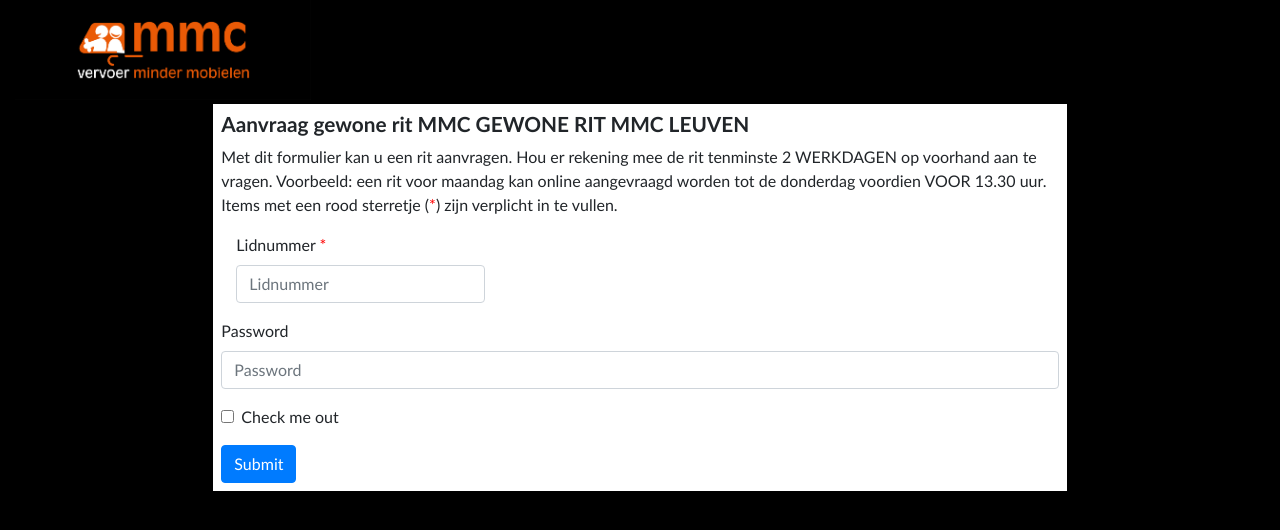
Repository: tclaes/vera
Page: index.html
These files come from the project's save history. The page is drawn as it stood at one moment and after the next save; the edit follows.
The browser window is 1280 px wide. The pictures show the whole page.

Above is the page before, as saved 2018-11-12 15:39:26.

### index.html
<!doctype html>
<html class="no-js" lang="">

<head>
  <meta charset="utf-8">
  <meta http-equiv="x-ua-compatible" content="ie=edge">
  <title></title>
  <meta name="description" content="">
  <meta name="viewport" content="width=device-width, initial-scale=1, shrink-to-fit=no">

  <link rel="manifest" href="site.webmanifest">
  <link rel="apple-touch-icon" href="icon.png">
  <!-- Place favicon.ico in the root directory -->

  <link rel="stylesheet" href="https://stackpath.bootstrapcdn.com/bootstrap/4.1.3/css/bootstrap.min.css" integrity="sha384-MCw98/SFnGE8fJT3GXwEOngsV7Zt27NXFoaoApmYm81iuXoPkFOJwJ8ERdknLPMO" crossorigin="anonymous">
  <link rel="stylesheet" href="css/main.css">
</head>

<body>
  <!--[if lte IE 9]>
    <p class="browserupgrade">You are using an <strong>outdated</strong> browser. Please <a href="https://browsehappy.com/">upgrade your browser</a> to improve your experience and security.</p>
  <![endif]-->

  <div class="container-fluid">
    <div class="row header">
      <div class="col-md-12">
        <img src="img/logo_MMC_neg_groot.28.jpg" alt="MMC Logo" height="100px">
      </div>
    </div>
    <div class="row d-flex justify-content-center">
      <div class="col-md-8 m-1 p-2 white">
        <h1>Aanvraag gewone rit MMC GEWONE RIT MMC LEUVEN</h1>
        <p>Met dit formulier kan u een rit aanvragen. Hou er rekening mee de rit tenminste 2 WERKDAGEN op voorhand aan te vragen.
          Voorbeeld: een rit voor maandag kan online aangevraagd worden tot de donderdag voordien VOOR 13.30 uur.
          Items met een rood sterretje (<span class="red">*</span>) zijn verplicht in te vullen.</p>
        <form>
          <div class="form-group">
            <div class="col-md-3">
              <label for="lidNummer">Lidnummer <span class="red">*</span></label>
            </div>
            <div class="col-md-4">
              <input type="email" class="form-control" id="lidNummer" aria-describedby="lidNummer" placeholder="Lidnummer" required>
            </div>
          </div>
          <div class="form-group">
            <label for="exampleInputPassword1">Password</label>
            <input type="password" class="form-control" id="exampleInputPassword1" placeholder="Password">
          </div>
        <div class="form-group form-check">
          <input type="checkbox" class="form-check-input" id="exampleCheck1">
          <label class="form-check-label" for="exampleCheck1">Check me out</label>
        </div>
        <button type="submit" class="btn btn-primary">Submit</button>
      </form>
    </div>
    </div>
    <div class="row footer"></div>
  </div>



  <script src="https://code.jquery.com/jquery-3.3.1.slim.min.js" integrity="sha384-q8i/X+965DzO0rT7abK41JStQIAqVgRVzpbzo5smXKp4YfRvH+8abtTE1Pi6jizo" crossorigin="anonymous"></script>
<script src="https://cdnjs.cloudflare.com/ajax/libs/popper.js/1.14.3/umd/popper.min.js" integrity="sha384-ZMP7rVo3mIykV+2+9J3UJ46jBk0WLaUAdn689aCwoqbBJiSnjAK/l8WvCWPIPm49" crossorigin="anonymous"></script>
<script src="https://stackpath.bootstrapcdn.com/bootstrap/4.1.3/js/bootstrap.min.js" integrity="sha384-ChfqqxuZUCnJSK3+MXmPNIyE6ZbWh2IMqE241rYiqJxyMiZ6OW/JmZQ5stwEULTy" crossorigin="anonymous"></script>
  <script src="js/vendor/modernizr-3.6.0.min.js"></script>
  <script>window.jQuery || document.write('<script src="js/vendor/jquery-3.3.1.min.js"><\/script>')</script>
  <script src="js/plugins.js"></script>
  <script src="js/main.js"></script>
</body>

</html>

### css/main.css
/*! HTML5 Boilerplate v6.1.0 | MIT License | https://html5boilerplate.com/ */

/*
 * What follows is the result of much research on cross-browser styling.
 * Credit left inline and big thanks to Nicolas Gallagher, Jonathan Neal,
 * Kroc Camen, and the H5BP dev community and team.
 */

/* ==========================================================================
   Base styles: opinionated defaults
   ========================================================================== */

html {
    color: #222;
    font-size: 1em;
    line-height: 1.4;
}

/*
 * Remove text-shadow in selection highlight:
 * https://twitter.com/miketaylr/status/12228805301
 *
 * Vendor-prefixed and regular ::selection selectors cannot be combined:
 * https://stackoverflow.com/a/16982510/7133471
 *
 * Customize the background color to match your design.
 */

::-moz-selection {
    background: #b3d4fc;
    text-shadow: none;
}

::selection {
    background: #b3d4fc;
    text-shadow: none;
}

/*
 * A better looking default horizontal rule
 */

hr {
    display: block;
    height: 1px;
    border: 0;
    border-top: 1px solid #ccc;
    margin: 1em 0;
    padding: 0;
}

/*
 * Remove the gap between audio, canvas, iframes,
 * images, videos and the bottom of their containers:
 * https://github.com/h5bp/html5-boilerplate/issues/440
 */

audio,
canvas,
iframe,
img,
svg,
video {
    vertical-align: middle;
}

/*
 * Remove default fieldset styles.
 */

fieldset {
    border: 0;
    margin: 0;
    padding: 0;
}

/*
 * Allow only vertical resizing of textareas.
 */

textarea {
    resize: vertical;
}

/* ==========================================================================
   Browser Upgrade Prompt
   ========================================================================== */

.browserupgrade {
    margin: 0.2em 0;
    background: #ccc;
    color: #000;
    padding: 0.2em 0;
}

/* ==========================================================================
   Author's custom styles
   ========================================================================== */

   body {
     background: black;
     font-family: 'Trebuchet MS', 'Lucida Sans Unicode', 'Lucida Grande', 'Lucida Sans', Arial, sans-serif;
   }

   h1 {
     font-size: 1.3rem;
     font-weight: 700;
   }

   .white {
     background-color: white;
   }

   .red {
     color: red;
   }


















/* ==========================================================================
   Helper classes
   ========================================================================== */

/*
 * Hide visually and from screen readers
 */

.hidden {
    display: none !important;
}

/*
 * Hide only visually, but have it available for screen readers:
 * https://snook.ca/archives/html_and_css/hiding-content-for-accessibility
 *
 * 1. For long content, line feeds are not interpreted as spaces and small width
 *    causes content to wrap 1 word per line:
 *    https://medium.com/@jessebeach/beware-smushed-off-screen-accessible-text-5952a4c2cbfe
 */

.visuallyhidden {
    border: 0;
    clip: rect(0 0 0 0);
    height: 1px;
    margin: -1px;
    overflow: hidden;
    padding: 0;
    position: absolute;
    width: 1px;
    white-space: nowrap; /* 1 */
}

/*
 * Extends the .visuallyhidden class to allow the element
 * to be focusable when navigated to via the keyboard:
 * https://www.drupal.org/node/897638
 */

.visuallyhidden.focusable:active,
.visuallyhidden.focusable:focus {
    clip: auto;
    height: auto;
    margin: 0;
    overflow: visible;
    position: static;
    width: auto;
    white-space: inherit;
}

/*
 * Hide visually and from screen readers, but maintain layout
 */

.invisible {
    visibility: hidden;
}

/*
 * Clearfix: contain floats
 *
 * For modern browsers
 * 1. The space content is one way to avoid an Opera bug when the
 *    `contenteditable` attribute is included anywhere else in the document.
 *    Otherwise it causes space to appear at the top and bottom of elements
 *    that receive the `clearfix` class.
 * 2. The use of `table` rather than `block` is only necessary if using
 *    `:before` to contain the top-margins of child elements.
 */

.clearfix:before,
.clearfix:after {
    content: " "; /* 1 */
    display: table; /* 2 */
}

.clearfix:after {
    clear: both;
}

/* ==========================================================================
   EXAMPLE Media Queries for Responsive Design.
   These examples override the primary ('mobile first') styles.
   Modify as content requires.
   ========================================================================== */

@media only screen and (min-width: 35em) {
    /* Style adjustments for viewports that meet the condition */
}

@media print,
       (-webkit-min-device-pixel-ratio: 1.25),
       (min-resolution: 1.25dppx),
       (min-resolution: 120dpi) {
    /* Style adjustments for high resolution devices */
}

/* ==========================================================================
   Print styles.
   Inlined to avoid the additional HTTP request:
   https://www.phpied.com/delay-loading-your-print-css/
   ========================================================================== */

@media print {
    *,
    *:before,
    *:after {
        background: transparent !important;
        color: #000 !important; /* Black prints faster */
        -webkit-box-shadow: none !important;
        box-shadow: none !important;
        text-shadow: none !important;
    }

    a,
    a:visited {
        text-decoration: underline;
    }

    a[href]:after {
        content: " (" attr(href) ")";
    }

    abbr[title]:after {
        content: " (" attr(title) ")";
    }

    /*
     * Don't show links that are fragment identifiers,
     * or use the `javascript:` pseudo protocol
     */

    a[href^="#"]:after,
    a[href^="javascript:"]:after {
        content: "";
    }

    pre {
        white-space: pre-wrap !important;
    }
    pre,
    blockquote {
        border: 1px solid #999;
        page-break-inside: avoid;
    }

    /*
     * Printing Tables:
     * http://css-discuss.incutio.com/wiki/Printing_Tables
     */

    thead {
        display: table-header-group;
    }

    tr,
    img {
        page-break-inside: avoid;
    }

    p,
    h2,
    h3 {
        orphans: 3;
        widows: 3;
    }

    h2,
    h3 {
        page-break-after: avoid;
    }
}

### js/plugins.js
// Avoid `console` errors in browsers that lack a console.
(function() {
  var method;
  var noop = function () {};
  var methods = [
    'assert', 'clear', 'count', 'debug', 'dir', 'dirxml', 'error',
    'exception', 'group', 'groupCollapsed', 'groupEnd', 'info', 'log',
    'markTimeline', 'profile', 'profileEnd', 'table', 'time', 'timeEnd',
    'timeline', 'timelineEnd', 'timeStamp', 'trace', 'warn'
  ];
  var length = methods.length;
  var console = (window.console = window.console || {});

  while (length--) {
    method = methods[length];

    // Only stub undefined methods.
    if (!console[method]) {
      console[method] = noop;
    }
  }
}());

// Place any jQuery/helper plugins in here.

Loaded but not shown: js/vendor/modernizr-3.6.0.min.js (library); js/main.js (no stored copy; drawn as an empty file)

After the next save:
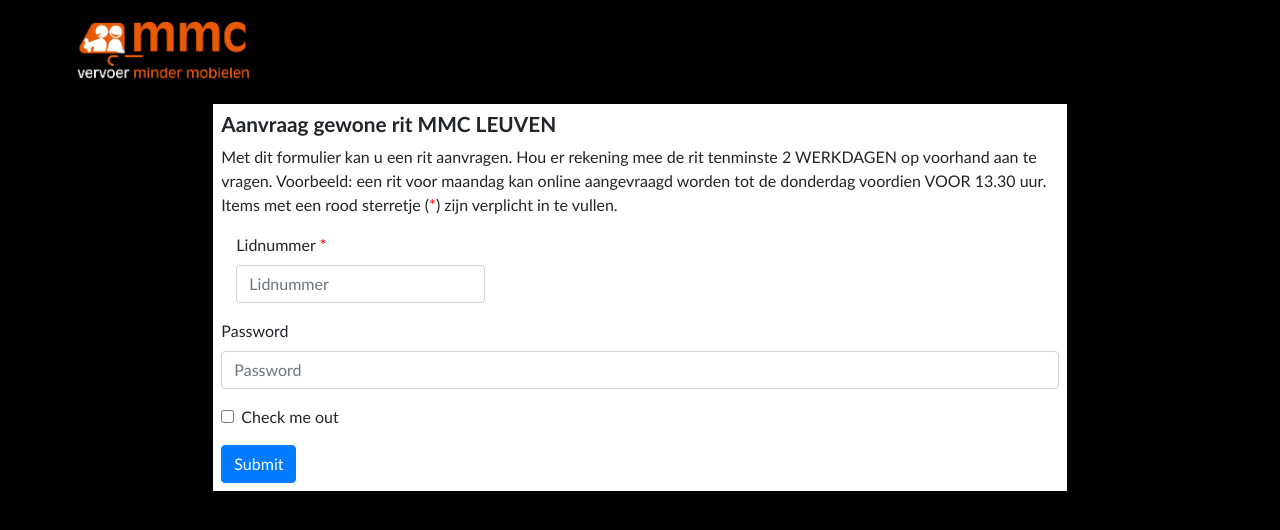
Saved 4 s later.
--- a/index.html
+++ b/index.html
@@ -29,7 +29,7 @@
     </div>
     <div class="row d-flex justify-content-center">
       <div class="col-md-8 m-1 p-2 white">
-        <h1>Aanvraag gewone rit MMC GEWONE RIT MMC LEUVEN</h1>
+        <h1>Aanvraag gewone rit MMC LEUVEN</h1>
         <p>Met dit formulier kan u een rit aanvragen. Hou er rekening mee de rit tenminste 2 WERKDAGEN op voorhand aan te vragen.
           Voorbeeld: een rit voor maandag kan online aangevraagd worden tot de donderdag voordien VOOR 13.30 uur.
           Items met een rood sterretje (<span class="red">*</span>) zijn verplicht in te vullen.</p>
